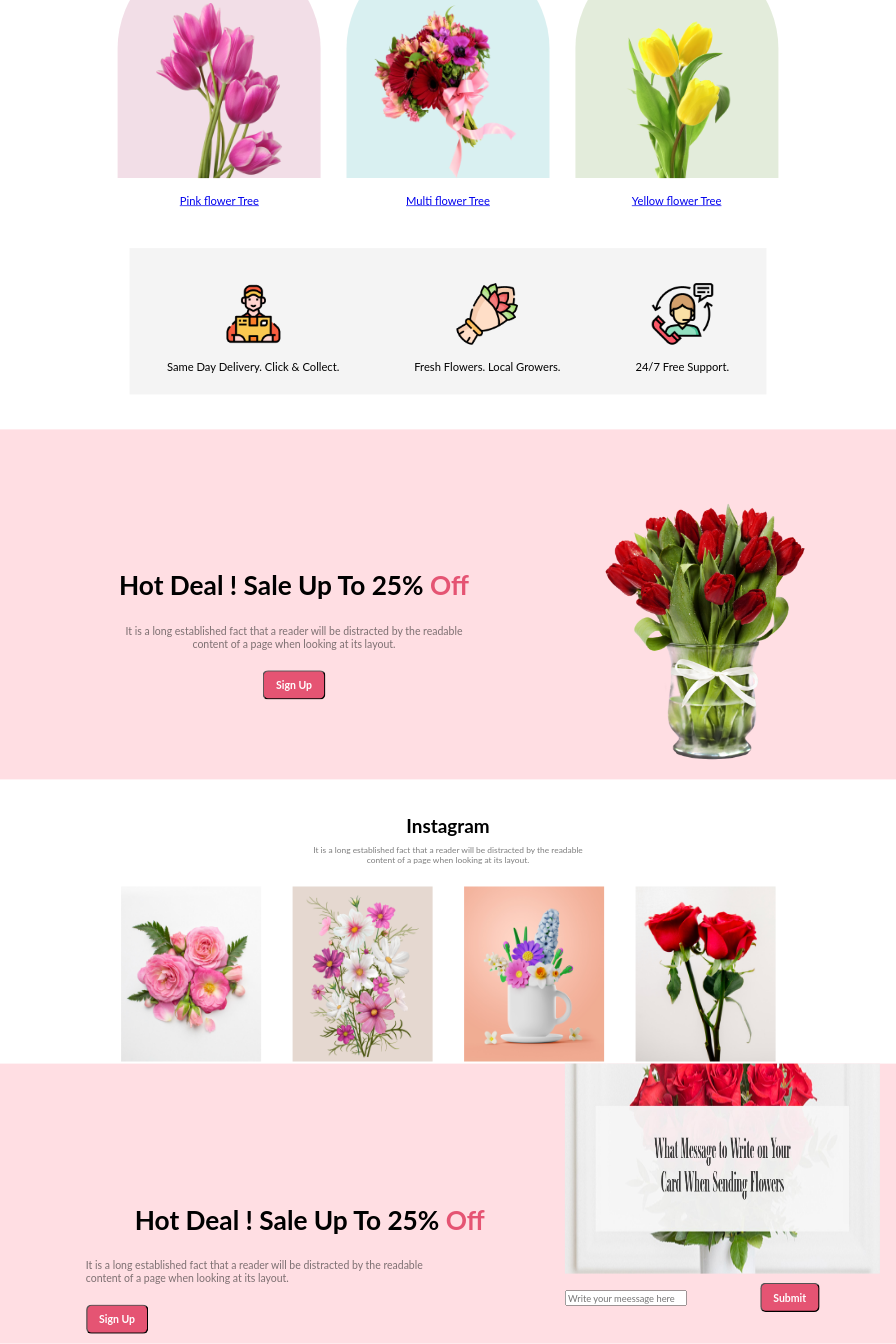
Repository: sadiaafsana138/Flower-Shop_Responsive
Page: index.html
The author's editor kept a copy of each file at every save. The page is drawn from the files as they stood at one save, then again after the next save.
The browser window is 1280 px wide. The pictures show the part of the page from y = 728 to 2648 px (the page is 2648 px tall), at 70% of full size.

Above is the page before, as saved 2023-08-30 06:26:56.

After the next save:
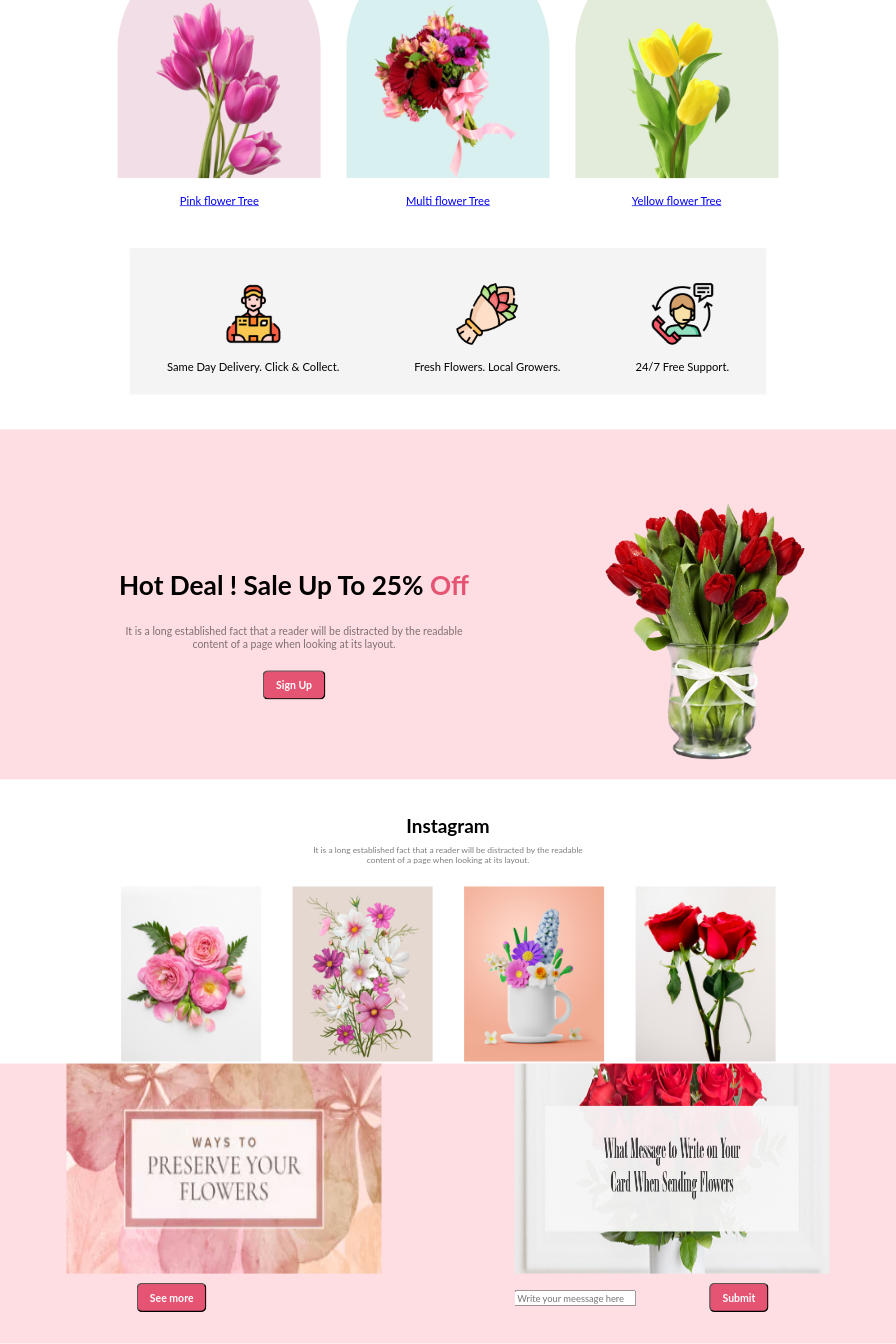
Saved 30 s later.
--- a/index.html
+++ b/index.html
@@ -150,20 +150,10 @@
         </section>
         <section class="Section6">
             <div>
-                <div id="Sec4_text1">
-                    <h1>
-                        Hot Deal ! Sale Up To 25% <span id="off_color">Off</span>
-                    </h1>
-                </div>
-                <br>
-                <div id="Sec4_text2">
-                    <p>
-                        It is a long established fact that a reader will be distracted by the readable<br>content of a page when looking at its layout.
-                    </p>
-                </div>
+                <img src="Images/14.png" alt="" height="300px" width="450px">
                 <br>
                 <button class="Main_button">
-                    Sign Up
+                    See more
                 </button>
             </div>
             <div>
